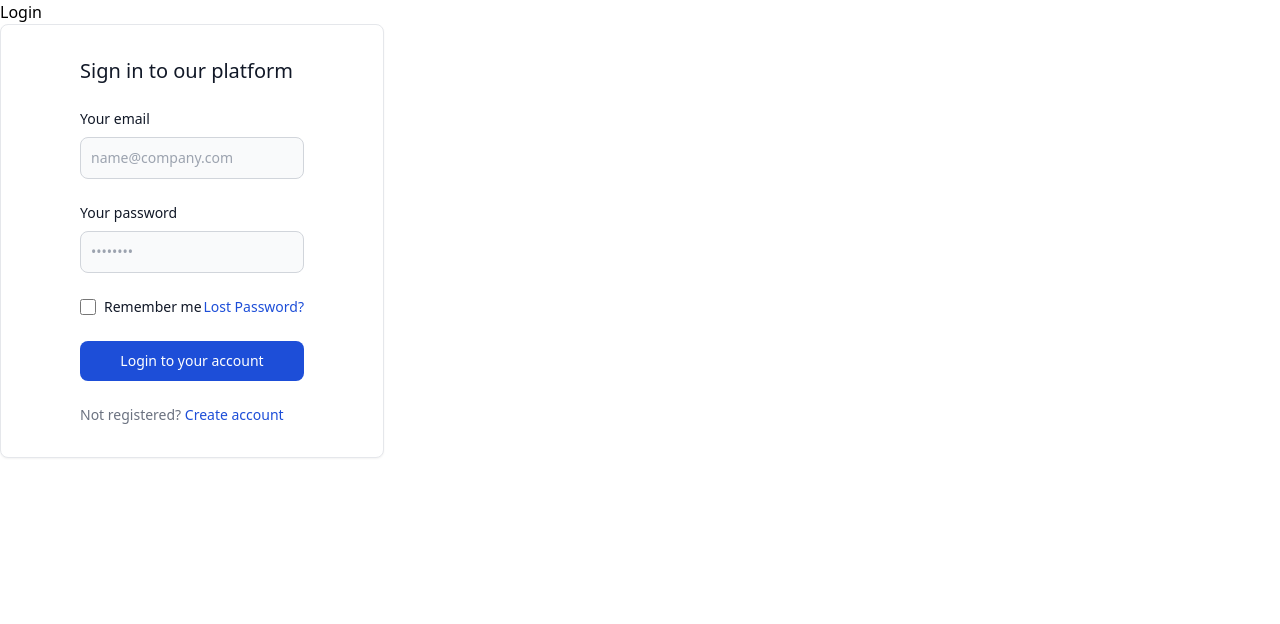
Repository: alizey12/DevLinker-Developer-Portfolio-Builder
Page: /login
These files come from the project's save history. The page is drawn as it stood at one moment and after a run of saves; the edit follows.
The browser window is 1280 px wide. The pictures show the whole page.
The project was rebuilt for these pictures with package versions that can differ from the ones it lists, and the page was loaded fresh each time. Also part of the build but not shown: vite.config.js, src/Components/Sidebar.jsx, src/Components/Layout/DashboardLayout.jsx, src/Pages/Signup.jsx, src/Pages/Portfolio.jsx, src/Pages/Page404.jsx, src/Pages/Dashboard/Profile.jsx, src/Pages/Dashboard/Skills.jsx and 3 more.

Above is the page before, as saved 2025-06-30 14:49:43.

After the next 5 saves:
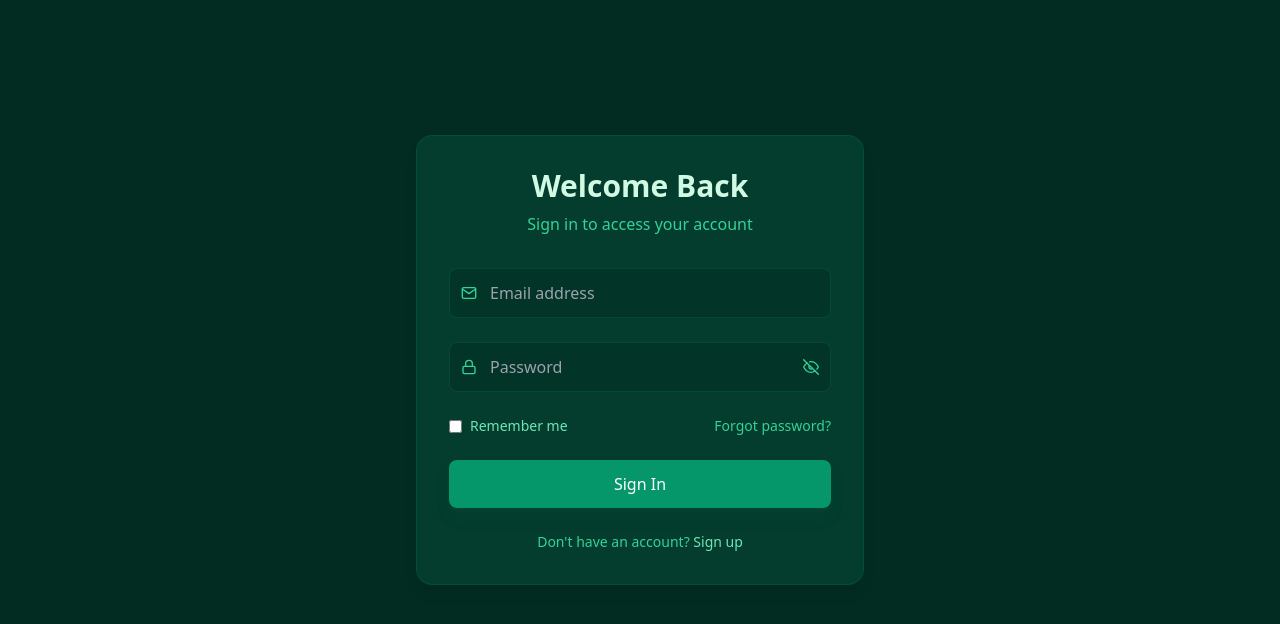
The 5 saves are shown as one change because 2 did not build or start and some came seconds apart.
The last was saved 4 min 55 s later.
--- a/src/Pages/Login.jsx
+++ b/src/Pages/Login.jsx
@@ -1,40 +1,77 @@
-import React from 'react'
+import { FiMail, FiLock, FiEye, FiEyeOff } from 'react-icons/fi';
 
 const Login = () => {
   return (
-    <div>
-      <h1>Login</h1>
+    <div className="min-h-screen bg-emerald-950 flex items-center justify-center p-4">
+      <div className="w-full max-w-md bg-emerald-900/50 backdrop-blur-sm rounded-2xl overflow-hidden shadow-lg border border-emerald-800/50">
+        <div className="p-8">
+          <div className="text-center mb-8">
+            <h1 className="text-3xl font-bold text-emerald-100 mb-2">Welcome Back</h1>
+            <p className="text-emerald-400">Sign in to access your account</p>
+          </div>
 
-<div className='justify-center content-center '>
-<div class="w-full max-w-sm p-4 bg-white border border-gray-200 rounded-lg shadow-sm sm:p-6 md:p-8 place-items-center dark:bg-gray-800 dark:border-gray-700">
-    <form class="space-y-6" action="#">
-        <h5 class="text-xl font-medium text-gray-900 dark:text-white">Sign in to our platform</h5>
-        <div>
-            <label for="email" class="block mb-2 text-sm font-medium text-gray-900 dark:text-white">Your email</label>
-            <input type="email" name="email" id="email" class="bg-gray-50 border border-gray-300 text-gray-900 text-sm rounded-lg focus:ring-blue-500 focus:border-blue-500 block w-full p-2.5 dark:bg-gray-600 dark:border-gray-500 dark:placeholder-gray-400 dark:text-white" placeholder="name@company.com" required />
+          <form className="space-y-6">
+            {/* Email Input */}
+            <div className="relative">
+              <div className="absolute inset-y-0 left-0 pl-3 flex items-center pointer-events-none">
+                <FiMail className="text-emerald-400" />
+              </div>
+              <input
+                type="email"
+                placeholder="Email address"
+                className="w-full pl-10 pr-4 py-3 bg-emerald-950/50 border border-emerald-800/50 text-emerald-100 rounded-lg focus:ring-2 focus:ring-emerald-500 focus:border-transparent transition-all"
+              />
+            </div>
+
+            {/* Password Input */}
+            <div className="relative">
+              <div className="absolute inset-y-0 left-0 pl-3 flex items-center pointer-events-none">
+                <FiLock className="text-emerald-400" />
+              </div>
+              <input
+                type="password"
+                placeholder="Password"
+                className="w-full pl-10 pr-12 py-3 bg-emerald-950/50 border border-emerald-800/50 text-emerald-100 rounded-lg focus:ring-2 focus:ring-emerald-500 focus:border-transparent transition-all"
+              />
+              <button
+                type="button"
+                className="absolute inset-y-0 right-0 pr-3 flex items-center"
+              >
+                <FiEyeOff className="text-emerald-400 hover:text-emerald-300" />
+              </button>
+            </div>
+
+            {/* Remember Me & Forgot Password */}
+            <div className="flex items-center justify-between">
+              <label className="flex items-center">
+                <input
+                  type="checkbox"
+                  className="rounded-sm bg-emerald-950/50 border-emerald-700 text-emerald-500 focus:ring-emerald-600"
+                />
+                <span className="ml-2 text-sm text-emerald-300">Remember me</span>
+              </label>
+              <a href="#" className="text-sm text-emerald-400 hover:text-emerald-300">Forgot password?</a>
+            </div>
+
+            {/* Login Button */}
+            <button
+              type="submit"
+              className="w-full py-3 px-4 bg-emerald-600 hover:bg-emerald-500 text-white font-medium rounded-lg transition-all shadow-lg shadow-emerald-900/30"
+            >
+              Sign In
+            </button>
+
+            {/* Sign Up Link */}
+            <div className="text-center text-sm text-emerald-400">
+              Don't have an account?{' '}
+              <a href="/signup" className="font-medium text-emerald-300 hover:text-emerald-200">
+                Sign up
+              </a>
+            </div>
+          </form>
         </div>
-        <div>
-            <label for="password" class="block mb-2 text-sm font-medium text-gray-900 dark:text-white">Your password</label>
-            <input type="password" name="password" id="password" placeholder="••••••••" class="bg-gray-50 border border-gray-300 text-gray-900 text-sm rounded-lg focus:ring-blue-500 focus:border-blue-500 block w-full p-2.5 dark:bg-gray-600 dark:border-gray-500 dark:placeholder-gray-400 dark:text-white" required />
-        </div>
-        <div class="flex items-start">
-            <div class="flex items-start">
-                <div class="flex items-center h-5">
-                    <input id="remember" type="checkbox" value="" class="w-4 h-4 border border-gray-300 rounded-sm bg-gray-50 focus:ring-3 focus:ring-blue-300 dark:bg-gray-700 dark:border-gray-600 dark:focus:ring-blue-600 dark:ring-offset-gray-800 dark:focus:ring-offset-gray-800" required />
-                </div>
-                <label for="remember" class="ms-2 text-sm font-medium text-gray-900 dark:text-gray-300">Remember me</label>
-            </div>
-            <a href="#" class="ms-auto text-sm text-blue-700 hover:underline dark:text-blue-500">Lost Password?</a>
-        </div>
-        <button type="submit" class="w-full text-white bg-blue-700 hover:bg-blue-800 focus:ring-4 focus:outline-none focus:ring-blue-300 font-medium rounded-lg text-sm px-5 py-2.5 text-center dark:bg-blue-600 dark:hover:bg-blue-700 dark:focus:ring-blue-800">Login to your account</button>
-        <div class="text-sm font-medium text-gray-500 dark:text-gray-300">
-            Not registered? <a href="#" class="text-blue-700 hover:underline dark:text-blue-500">Create account</a>
-        </div>
-    </form>
-</div>
-</div>
+      </div>
     </div>
-  )
-}
-
+  );
+};
 export default Login
